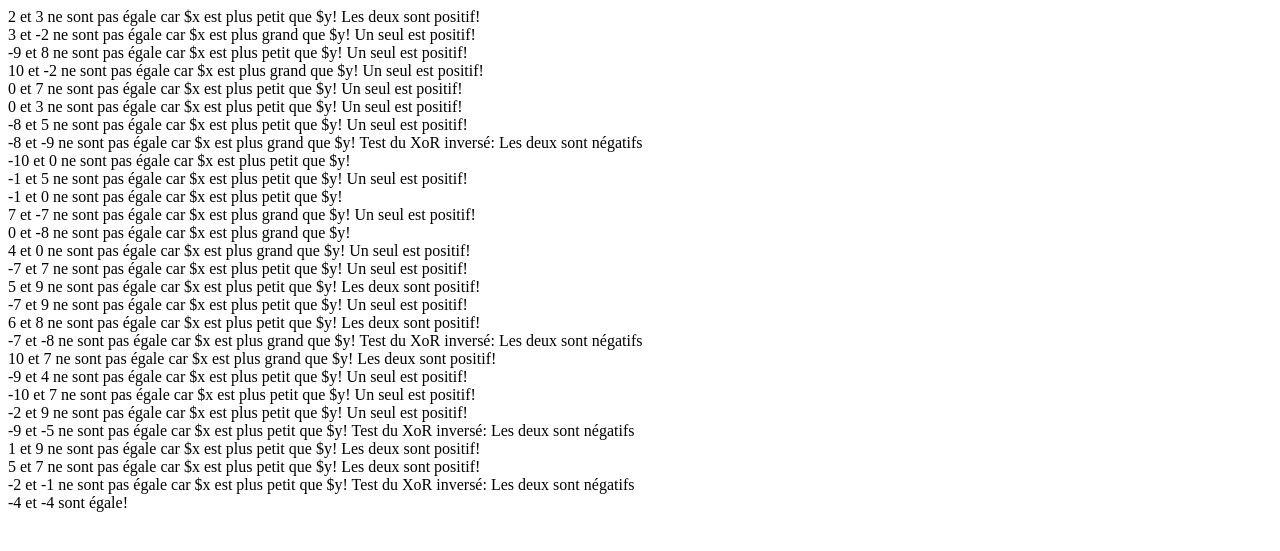
Repository: QuentinFayt/base-php-2021
Page: http://localhost/09-conditions.php
An editor plug-in stored every save of this project. The page is shown before and after the next save, followed by the edit.
The browser window is 1280 px wide. The pictures show the whole page.
The page is run by PHP 8.4 with error messages shown; the project is at /var/www/html/.

Above is the page before, as saved 2021-09-03 11:10:43.

After the next save:
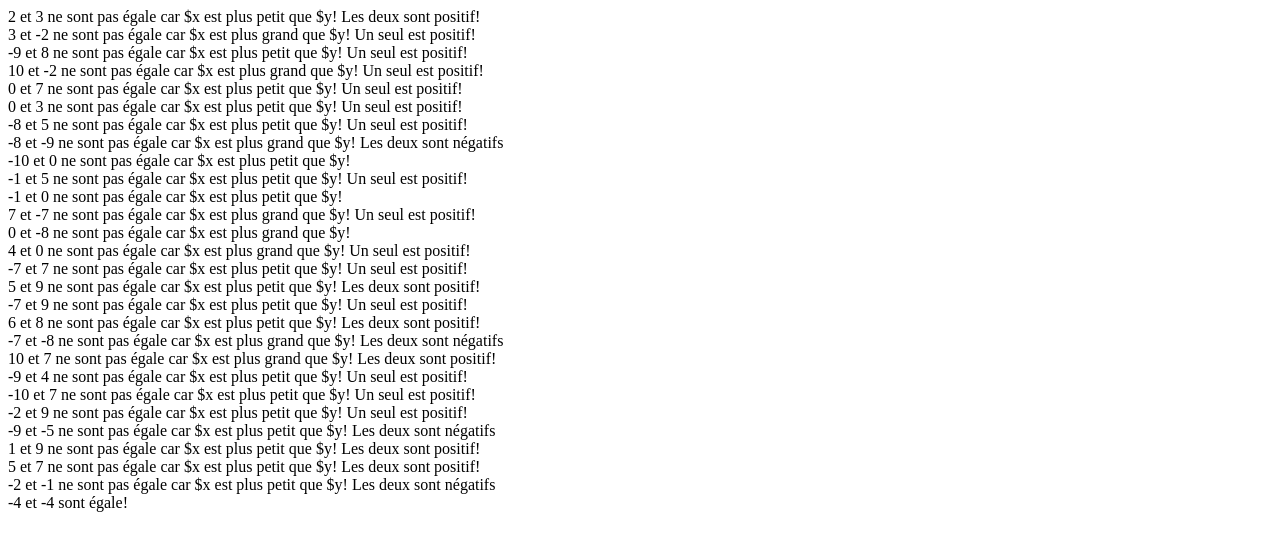
Saved 5 min 38 s later.
--- a/09-conditions.php
+++ b/09-conditions.php
@@ -13,7 +13,7 @@ do {
         } elseif (0 < $x || 0 < $y) {
             echo "Un seul est positif!";
         } else if (!(0 <= $x ^ 0 <= $y)) {
-            echo " Test du XoR inversé: Les deux sont négatifs";
+            echo "Les deux sont négatifs";
         }
         echo "</br>";
     }
